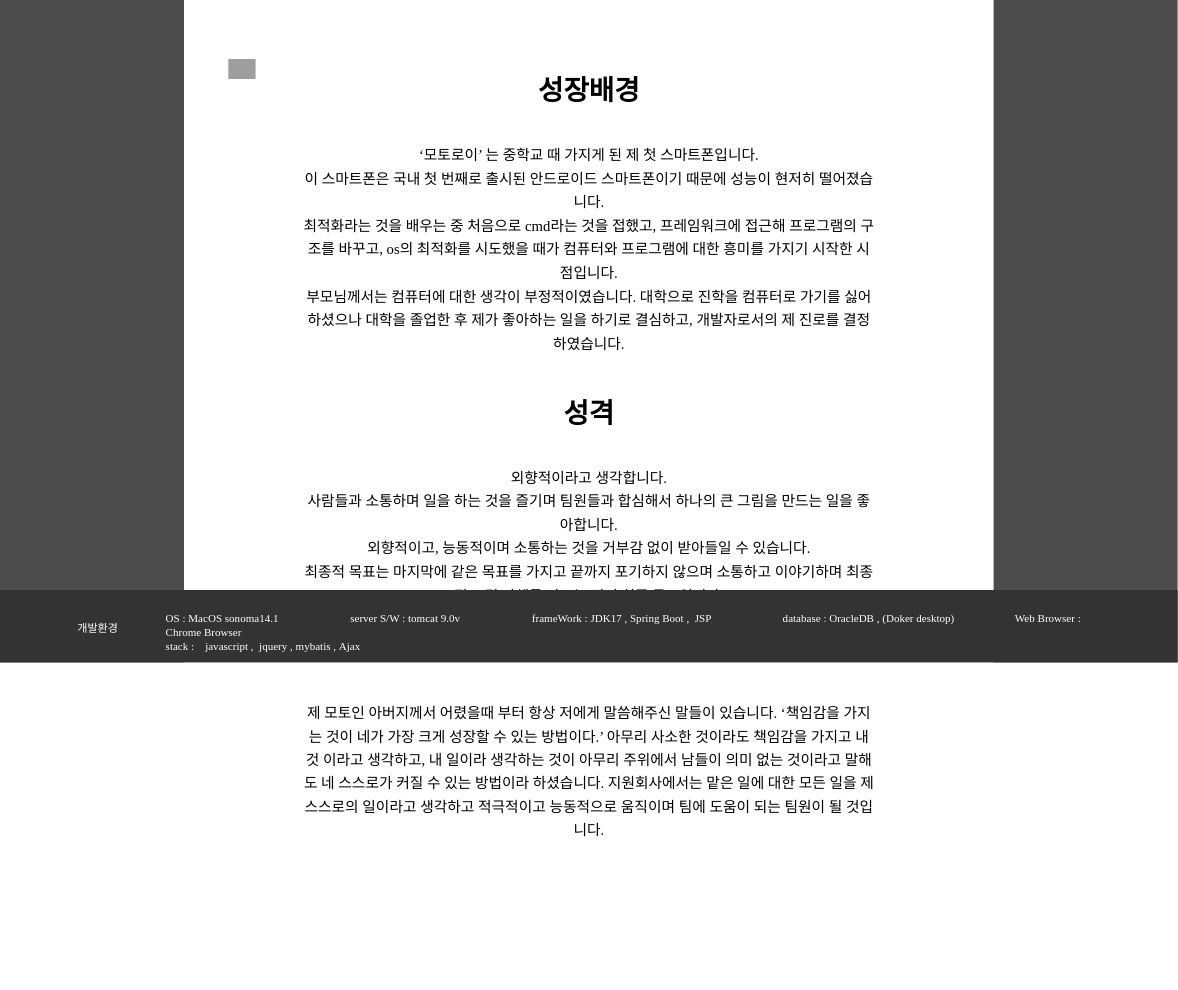
Repository: LeeHaNeul96/Leehaneul
Page: http://localhost/com.introduce/WEB-INF/views/more2.jsp
An editor plug-in stored every save of this project. The page is shown before and after the next save, followed by the edit.
The browser window is 1280 px wide. The pictures show the whole page, at 92% of full size.
Pictures or frames that could not be fetched are drawn as grey boxes. The page is served by Tomcat 9. Nobody is signed in. The template is opened directly, without the code that normally fills it, so the values that code supplies are empty.

Above is the page before, as saved 2023-10-31 10:27:34.

After the next save:
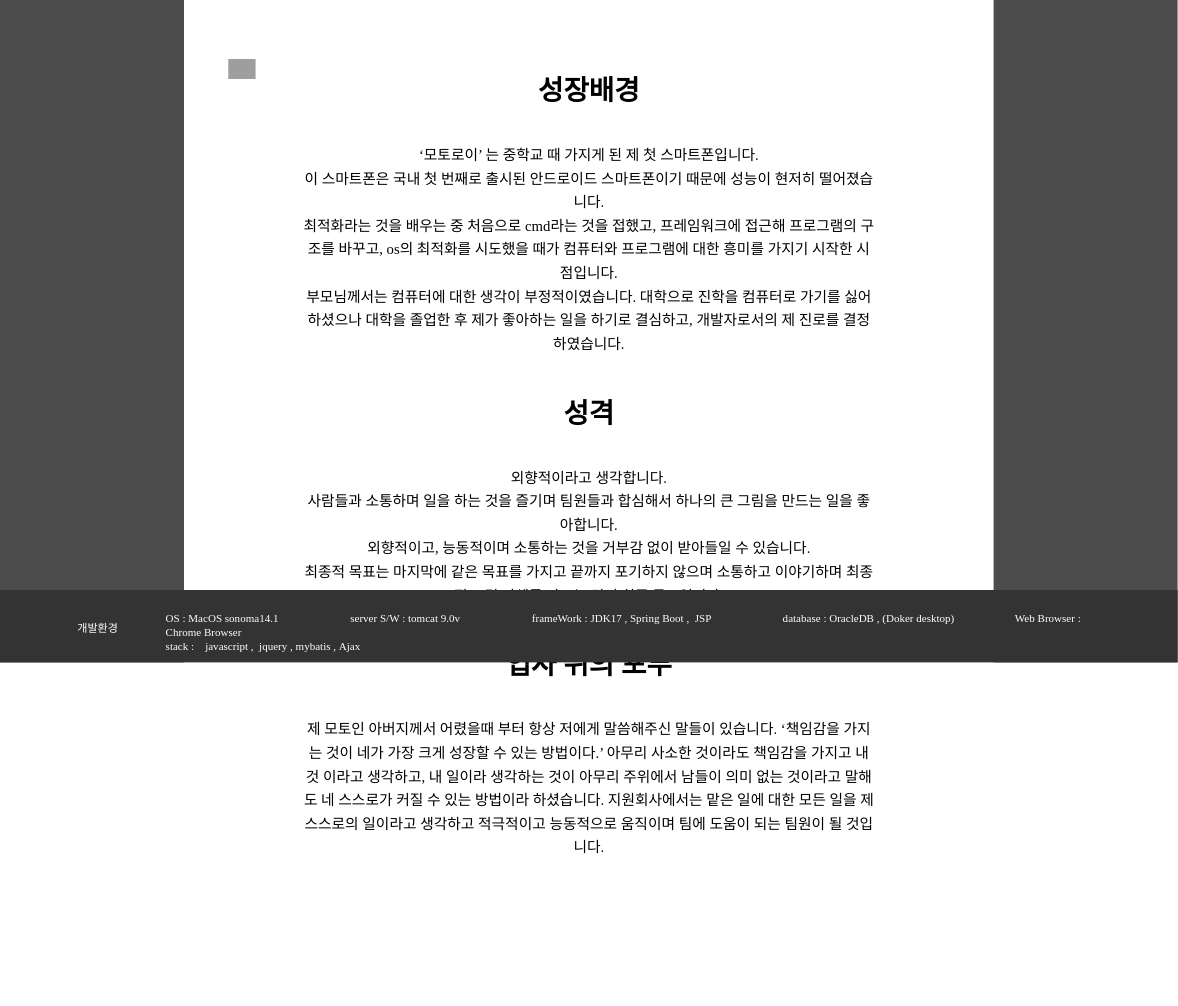
Saved 16 s later.
--- a/com.introduce/src/main/webapp/WEB-INF/views/more2.jsp
+++ b/com.introduce/src/main/webapp/WEB-INF/views/more2.jsp
@@ -124,7 +124,7 @@ $(function() {
 외향적이고, 능동적이며 소통하는 것을 거부감 없이 받아들일 수 있습니다.<br>
 최종적 목표는 마지막에 같은 목표를 가지고 끝까지 포기하지 않으며 소통하고 이야기하며 최종적 그림 자체를 만드는 것이 최종 목표입니다.
 
-</div>
+</div><br>
 
 
 
